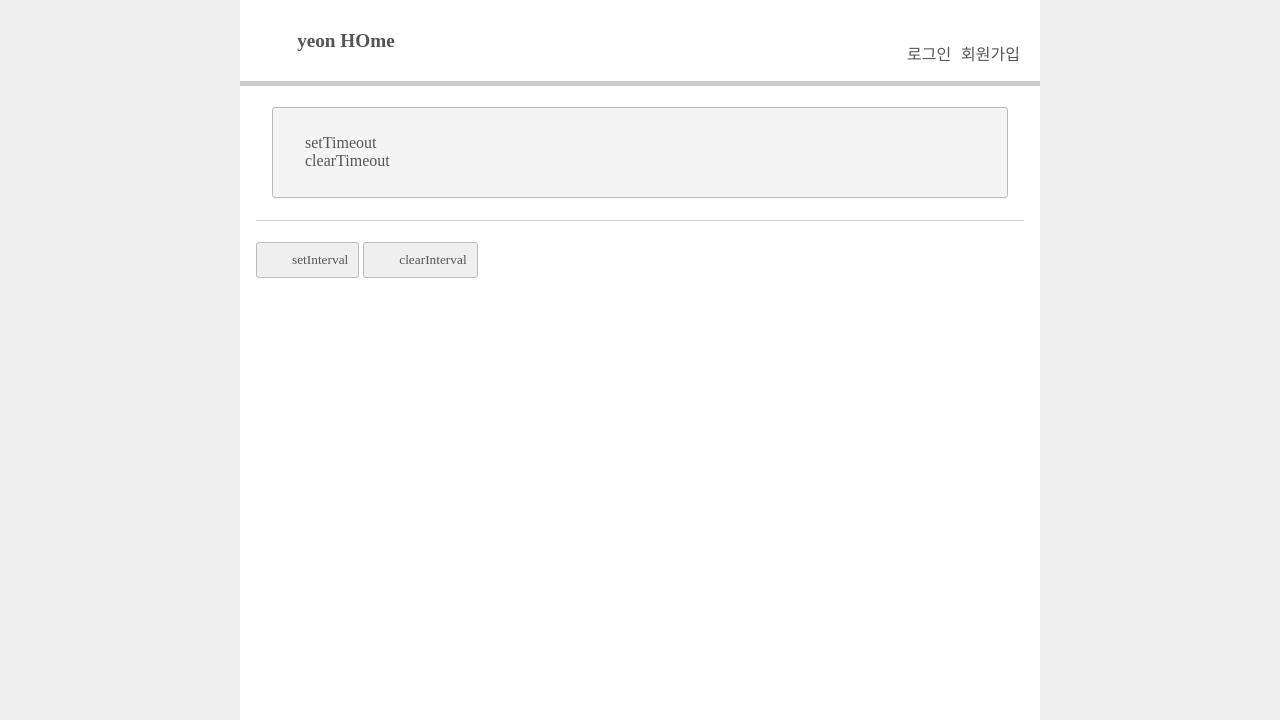
Repository: yeonhwa323/webPro
Page: webPro/src/main/webapp/javascript/days07/ex10_03.html
An editor plug-in stored every save of this project. The page is shown before and after the next save, followed by the edit.
The browser window is 1280 px wide. The pictures show the whole page.
Some web fonts or font styles are not loaded; a fallback is used.

Above is the page before, as saved 2024-04-15 05:09:07.

After the next save:
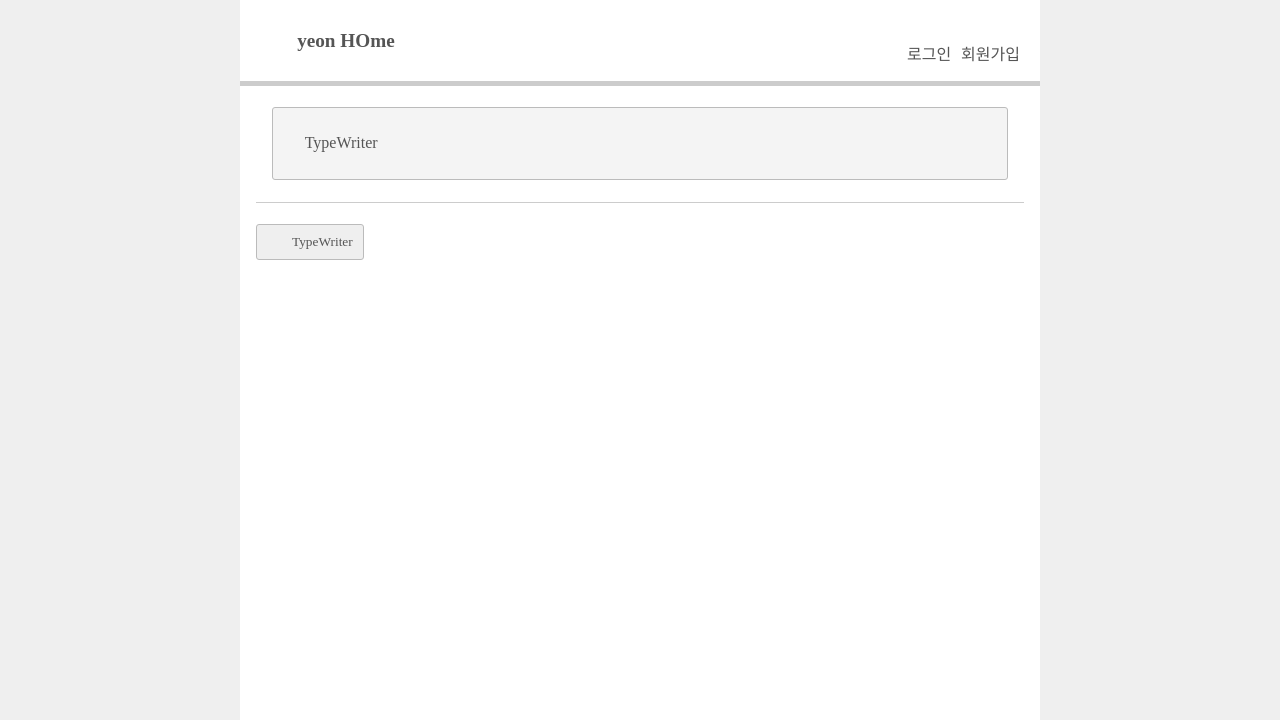
Saved 4 min 7 s later.
--- a/webPro/src/main/webapp/javascript/days07/ex10_03.html
+++ b/webPro/src/main/webapp/javascript/days07/ex10_03.html
@@ -24,30 +24,22 @@
 </header>
 <div>
   <xmp class="code">
-    setTimeout
-    clearTimeout
+    TypeWriter
   </xmp>
 
   <h1 id="out"></h1>
 
-  <button>setInterval</button>
-  <button>clearInterval</button>
+  <button>TypeWriter</button>
+  <p id="demo"></p>
 
 </div>
   <script>
-    let timer;
-    function dispTime() {
-    	const now = new Date();
-    	$("#out").html( now.toLocaleString() );
-    }
-
-    $("button").first().on("click", function() {
-    	// 1초마다 등록된 콜백함수를 실행한다.
-    	setInterval( dispTime, 1000);
-    });
-    $("button").last().on("click", function() {
-    	clearInterval(timer);
-    });
+   $("button").on("click", function() {
+	   // document.body == <body> 요소
+	   // $("html") == document.documentElement == <html> 요소
+	   content = $("html").html();
+	   alert( content );
+   });
   </script>
 
 </body>
